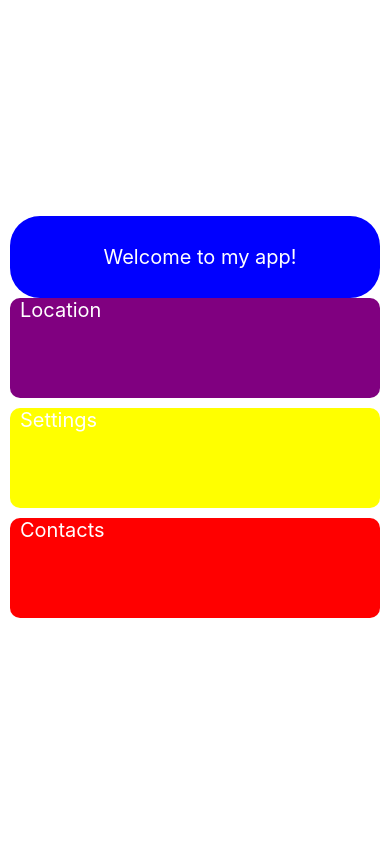
Repository: amirjavadikia/mobile-projectg
Screen: /
These files come from the project's save history. The screen is drawn as it stood at one moment and after the next save; the edit follows.
The app was drawn by React Native's web renderer in a window 390 px wide. The project was rebuilt for these pictures with package versions that can differ from the ones it lists, and the page was loaded fresh each time.

Above is the screen before, as saved 2024-04-24 20:50:09.

After the next save:
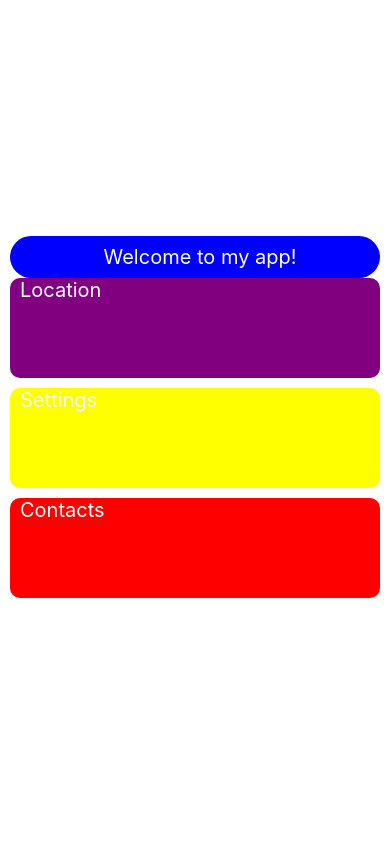
Saved 13 s later.
--- a/App.tsx
+++ b/App.tsx
@@ -45,7 +45,7 @@ const styles = StyleSheet.create({
     backgroundColor: 'blue',
     borderRadius: 30,
     width: '100%',
-    height: '10%',
+    height: '5%',
     justifyContent: 'center',
     alignItems: 'center',
   },
